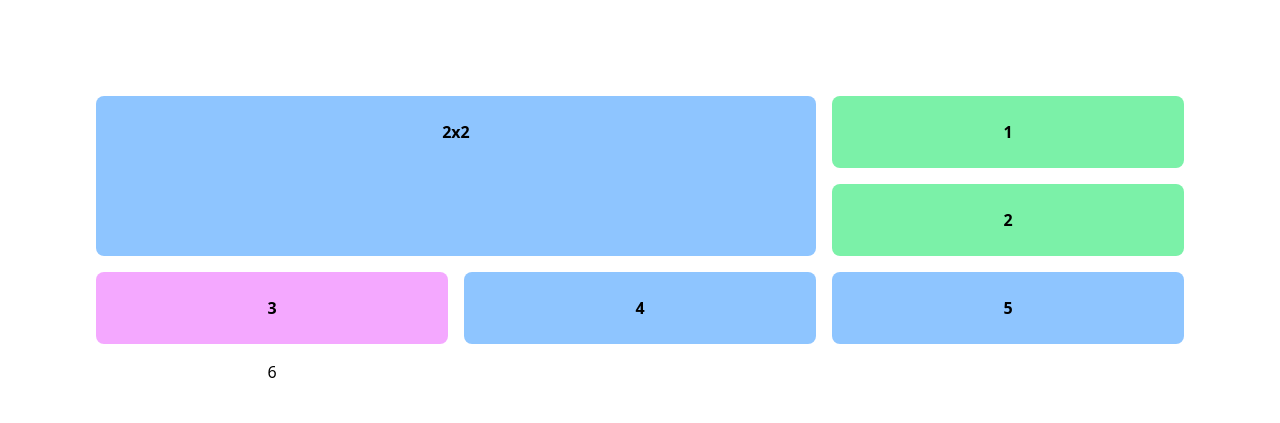
Repository: Abdulahi338/TailwindCss-exercise
Page: Exercise3/index.html
An editor plug-in stored every save of this project. The page is shown before and after a run of saves, followed by the edit.
The browser window is 1280 px wide. The pictures show the whole page.

Above is the page before, as saved 2025-08-12 17:40:04.

### Exercise3/index.html
<!DOCTYPE html>
<html lang="en">
<head>
    <meta charset="UTF-8">
    <meta name="viewport" content="width=device-width, initial-scale=1.0">
        <script src="https://cdn.jsdelivr.net/npm/@tailwindcss/browser@4"></script>

    <title>Exercise 2</title>
</head>
<body>

    <div class="grid grid-cols-3 grid-rwos-3 gap-4 m-24 text-center">
        <div class="bg-blue-300 p-6 font-bold col-span-2 row-span-2 rounded-lg"">2x2</div>
        <div class="bg-green-300 p-6 font-bold rounded-lg">1</div>
        <div class="bg-green-300 p-6 font-bold rounded-lg"">2</div>
        <div class="bg-fuchsia-300 p-6 font-bold rounded-lg"">3</div>
        <div class="bg-blue-300 p-6 font-bold rounded-lg"">4</div>
        <div class="bg-blue-300 p-6 font-bold rounded-lg"">5</div>
        <div class="bg">6</div>

    </div>


</body>
</html>

After the next 4 saves:
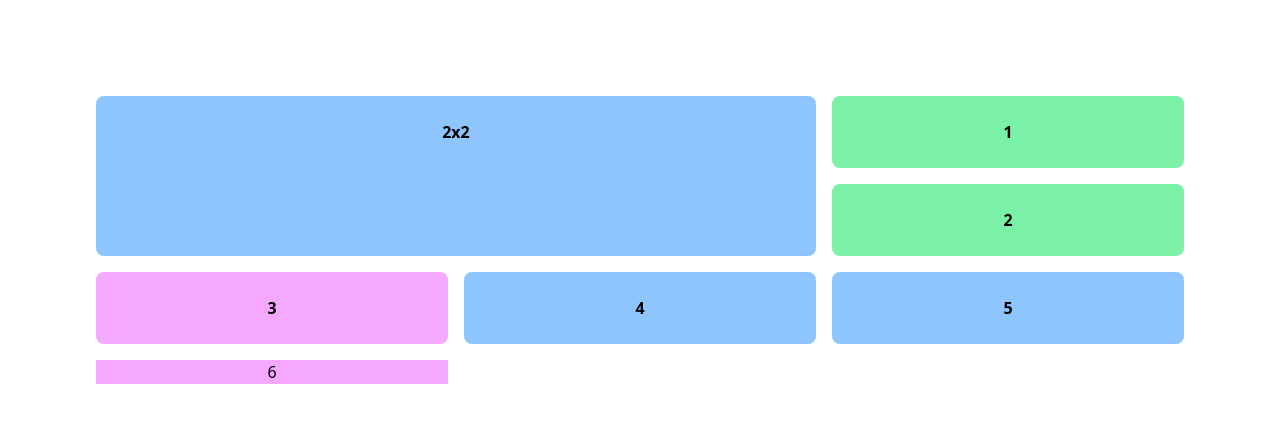
The 4 saves are shown as one change because they came seconds apart.
The last was saved 16 s later.
--- a/Exercise3/index.html
+++ b/Exercise3/index.html
@@ -16,7 +16,7 @@
         <div class="bg-fuchsia-300 p-6 font-bold rounded-lg"">3</div>
         <div class="bg-blue-300 p-6 font-bold rounded-lg"">4</div>
         <div class="bg-blue-300 p-6 font-bold rounded-lg"">5</div>
-        <div class="bg">6</div>
+        <div class="bg-fuchsia-300 ">6</div>
 
     </div>
 
